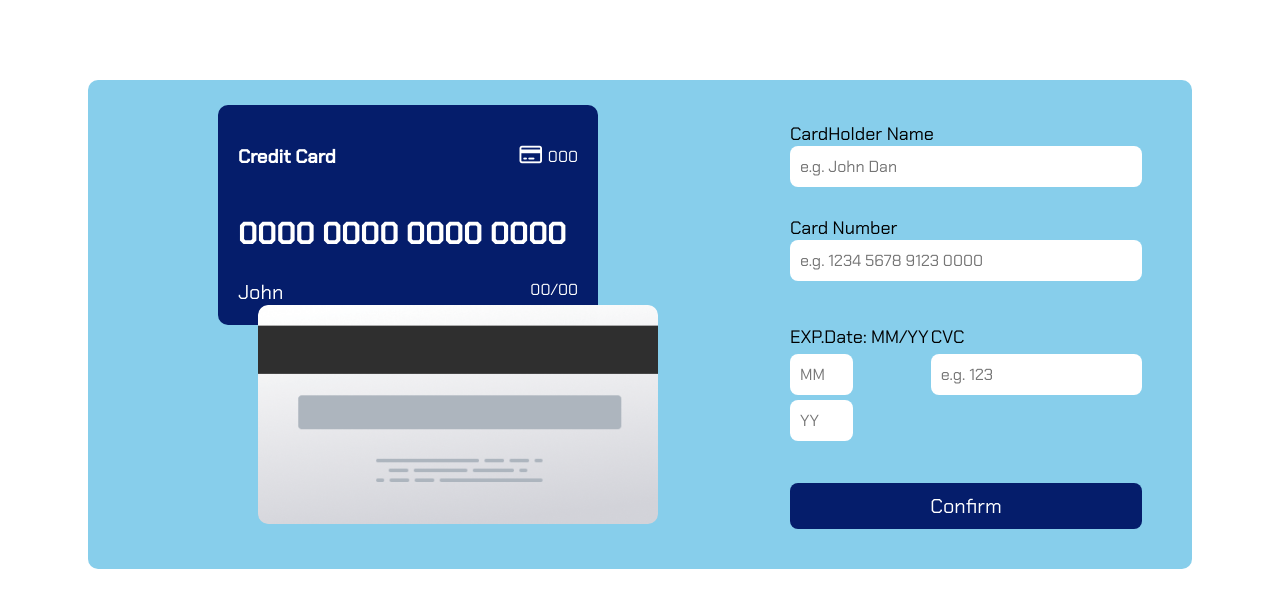
Repository: moehaymanmyint/Interactive-Card-Details-Form
Page: index.html
These files come from the project's save history. The page is drawn as it stood at one moment and after the next save; the edit follows.
The browser window is 1280 px wide. The pictures show the whole page.
Some web libraries are served in a nearby version.

Above is the page before, as saved 2024-10-18 22:08:52.

### index.html
<!DOCTYPE html>
<html lang="en">
<head>
    <meta charset="UTF-8">
    <meta name="viewport" content="width=device-width, initial-scale=1.0">
    <title>Interactive Card Details Form</title>
    <link rel="stylesheet" href="style.css">
    <link rel="stylesheet" href="https://cdnjs.cloudflare.com/ajax/libs/font-awesome/6.6.0/css/all.min.css" />
</head>
<body>
    <div class="container">
    <!-- Left Side -->
    <div class="left-container">
        <div class="front-card">
            <div class="header">
                <h3>Credit Card</h3>
                <div>
                    <i class="fa-regular fa-credit-card"></i>
                    <span style="margin-left: 2px;" class="cnv">000</span>
                </div>
            </div>
            <div class="number" style="text-align: justify; " >0000 0000 0000 0000</div>
            <div class="" style="display: flex; justify-content: space-between;">
                <span class="name">John</span>
                <span class="date">
                    <span class="date">00/00</span>
                </span>
            </div>
        </div>


        <div class="back-card">
            <img src="./img/bg-card-back.png" alt="">
        </div>
    </div>

    <!-- Right Side -->
    <div class="right-container">
        <form action="">
            <div class="card-name">
                <label for="">CardHolder Name</label><br>
                <input type="text" placeholder="e.g. John Dan" class="card-input" id="name-input">
                <span class="name-error">Required</span>
            </div>
            <div class="card-number">
                <label for="">Card Number</label><br>
                <input type="text" placeholder="e.g. 1234 5678 9123 0000" class="card-input" id="number-input" maxlength="16">
                <span class="number-error">Required</span>
            </div>
            <div class="card-info">
                <div class="" style="width: 40%;">
                    <label for="">EXP.Date: MM/YY</label><br>
                    <input type="text" placeholder="MM" class="card-date" id="month-input" maxlength="2">
                    <input type="text" placeholder="YY" class="card-date" id="year-input" maxlength="4">
                    <span class="date-error">Required</span>
                </div>
                <div class="cvc" style="width: 60%;">
                    <label for="">CVC</label><br>
                    <input type="text" placeholder="e.g. 123" class="card-cvc" maxlength="3" id="cnv-input">
                    <span class="cnv-error">Required</span>
                </div>
            </div>

            <div class="btn">
                <input type="submit" value="Confirm" class="confirm-btn">
            </div>
        </form>
    </div>
    </div>
</body>
<script src="app.js"></script>
</html>

### style.css
@import url('https://fonts.googleapis.com/css2?family=Chakra+Petch:wght@300;400;500&display=swap');

body{
    font-family: "Chakra Petch", sans-serif;
}
.container{
    display: flex;
    justify-content: center;
    margin: 80px;
    background-color: skyblue;
    border-radius: 10px;
}

.left-container,
.right-container {
    margin: 20px 50px;
    width: 50%;
}

.right-container{
    display: flex;
    align-items: center;
    font-size: 20px;
}

.front-card{
    background-color: rgb(5, 29, 107);
    color: white;
    padding: 20px;
    border-radius: 10px;
    height: 180px;
    width: 340px;
    margin: 5px 80px;
    display: flex;
    flex-direction: column;
    justify-content: space-between;
}

.header{
    display: flex;
    justify-content: space-between;
    align-items: center;
}

.header i{
    font-size: 20px;
}

.front-card .number{
    font-size: 30px;
    font-weight: bold;
}

.front-card .name{
    font-size: 20px;
}

.back-card img{
    width: 400px;
    margin: 20px 40px;
    margin-top: -25px;
    border-radius: 10px;
    margin-left: 120px;
}

.right-container div{
    margin: 15px 0;
}

.card-input {
    width: 100%;
    border: none;
    padding: 10px;
    border-radius: 8px;
    box-sizing: border-box;
}

.card-date {
    width: 45%;
    margin-top: 5px;
    margin-right: 5px;
    border: none;
    padding: 10px;
    border-radius: 8px;
    box-sizing: border-box;
}

.card-cvc {
    width: 100%;
    margin-top: 5px;
    border: none;
    padding: 10px;
    border-radius: 8px;
    box-sizing: border-box;
}

.confirm-btn {
    width: 100%;
    padding: 10px;
    border-radius: 8px;
    border: none;
    background-color: rgb(5, 29, 107);
    font-size: 20px;
    color: white;
    cursor: pointer;
}

.card-info {
    display: flex;
    justify-content: space-evenly;
}

label{
    font-size: 18px;
}
input{
    transition: 0.5s;
    font-size: 16px;
    font-family: "Chakra Petch", sans-serif;
}
input:focus{
    outline: none;
    box-shadow: 10px 10px 15px rgba(3, 19, 68, 0.3);
}

.card-name,
.card-number,
.card-info{
    padding-bottom: 12px;
}

.name-error,
.number-error,
.date-error,
.cnv-error{
    color: red;
    display: none;
    font-size: 15px;
}

### app.js
let cardName = document.querySelector(".name");
let cardNumber = document.querySelector(".number");
let cardDate = document.querySelector(".date");
let cardCNV = document.querySelector(".cnv");

let name = document.querySelector("#name-input");
let number = document.querySelector("#number-input");
let year = document.querySelector("#year-input");
let month = document.querySelector("#month-input");
let cnv = document.querySelector("#cnv-input")

let nameError = document.querySelector(".name-error");
let numberError = document.querySelector(".number-error");
let dateError = document.querySelector(".date-error");
let cnvError = document.querySelector(".cnv-error");

function getData(event) {
    event.preventDefault();
    let validAll = true;
    nameError.style.display = "none";
    numberError.style.display = "none";
    dateError.style.display = "none";
    cnvError.style.display = "none";

    // Validate name
    if (name.value.trim() === "") {
        nameError.style.display = "inline";
        validAll = false;
    }

    // Validate card number
    if (number.value === "") {
        numberError.style.display = "inline";
        validAll = false;
    } else if (isNaN(Number(number.value)) || number.value.length !== 16) {
        numberError.style.display = "inline";
        numberError.innerHTML = "Enter a valid 16-digit number";
        validAll = false;
    }

    // Validate month and year
    let current = new Date();
    let currentYear = current.getFullYear()
    if (month.value === "" || year.value === "") {
        dateError.style.display = "inline";
        validAll = false;
    }else if(month.value < 1 || month.value > 12 || isNaN(Number(month.value)) || isNaN(Number(year.value)) || year.value > currentYear){
        dateError.style.display = "inline";
        dateError.innerHTML = "Enter Correct Date*";
        validAll = false;
    }

    // Validate CNV
    if(cnv.value === ""){
        cnvError.style.display = "inline";
        validAll = false;
    } else if (isNaN(Number(cnv.value))) {
        cnvError.style.display = "inline";
        cnvError.innerHTML = "Enter a number";
        validAll = false;
    }

    if (validAll) {
        cardName.innerHTML = name.value;
        formatNumber = ""
        for(let i = 0; i < number.value.length; i++){
            if (i % 4 === 0) {
                formatNumber += ' ';
            }
            formatNumber += number.value[i];
        }
        cardNumber.innerHTML = formatNumber;

        if(month.value.length < 2){
            cardDate.innerHTML = "0" + month.value + "/" + year.value;
        } else {
            cardDate.innerHTML = month.value + "/" + year.value;
        }

        cardCNV.innerHTML = cnv.value;
    }
}

let confirmBtn = document.querySelector(".confirm-btn");
confirmBtn.addEventListener("click", getData);

After the next save:
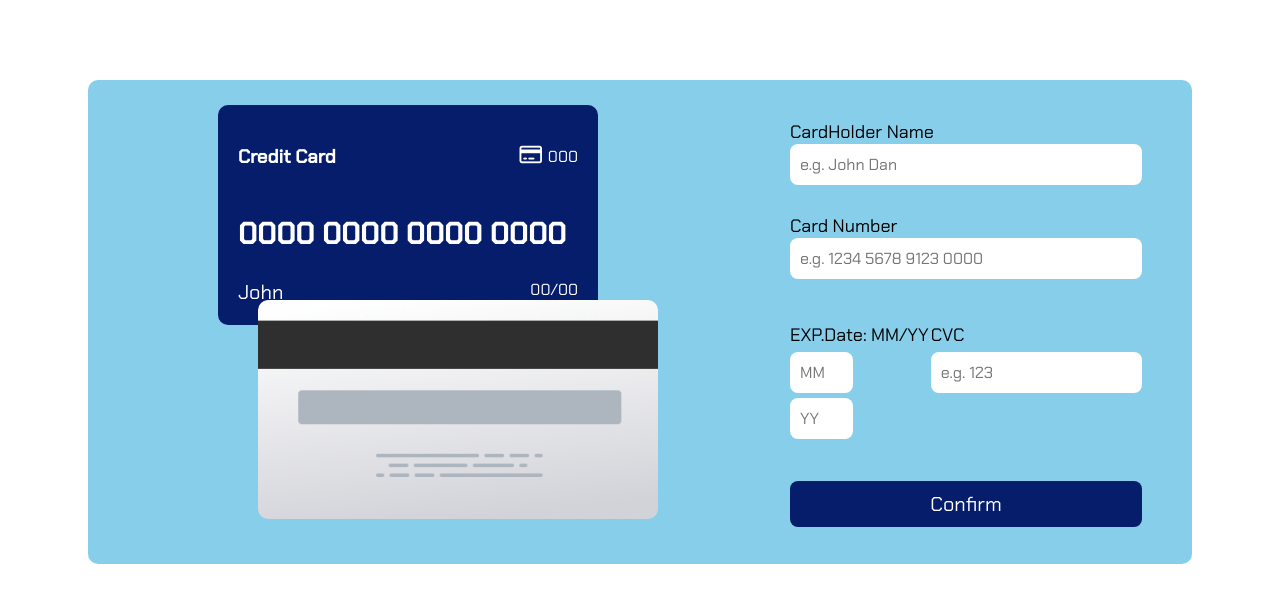
Saved 8 s later.
--- a/style.css
+++ b/style.css
@@ -58,7 +58,7 @@ body{
 .back-card img{
     width: 400px;
     margin: 20px 40px;
-    margin-top: -25px;
+    margin-top: -30px;
     border-radius: 10px;
     margin-left: 120px;
 }
